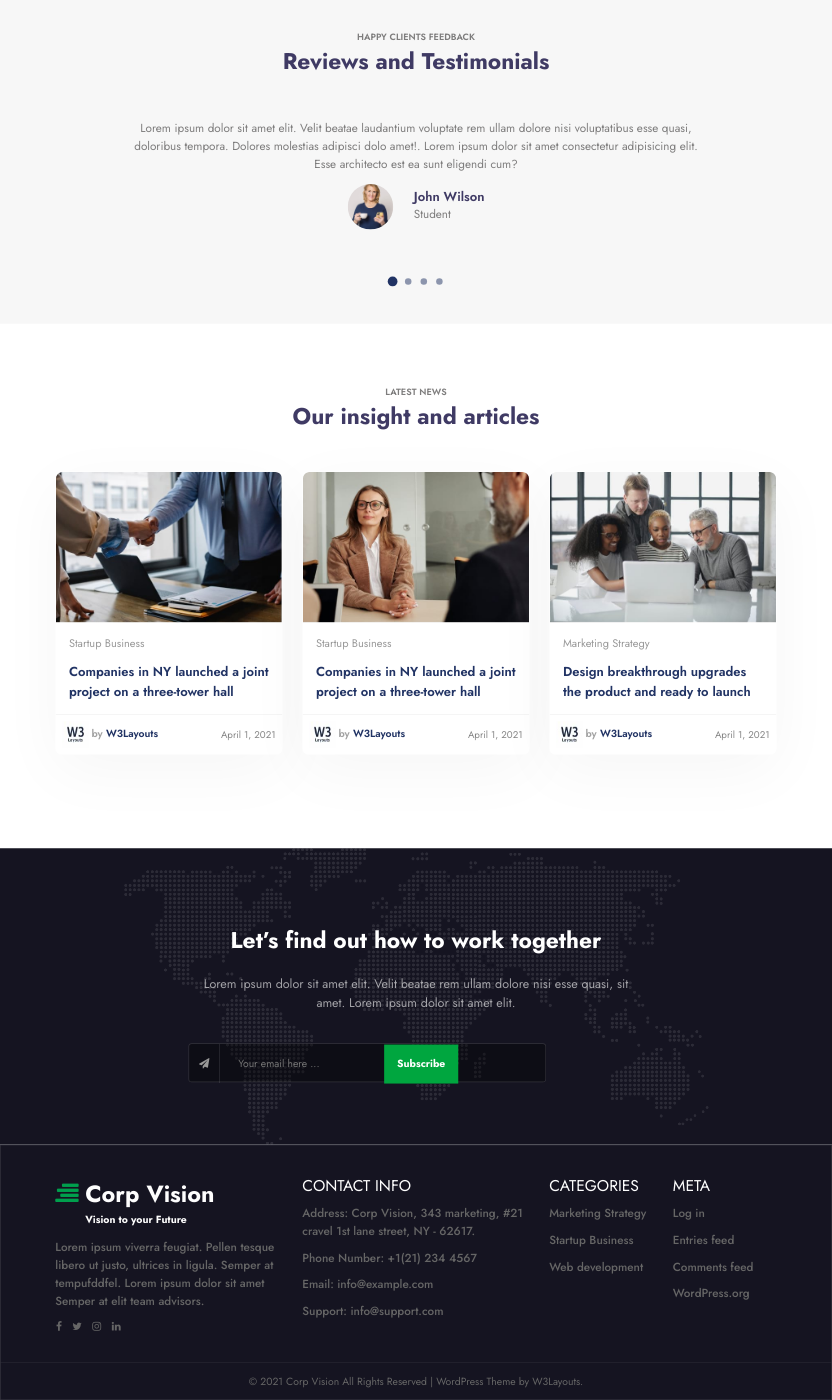
Repository: khaipnp/corpvision
Page: index.html
An editor plug-in stored every save of this project. The page is shown before and after the next save, followed by the edit.
The browser window is 1280 px wide. The pictures show the whole page, at 65% of full size.

Above is the page before, as saved 2021-07-04 17:12:25.

After the next save:
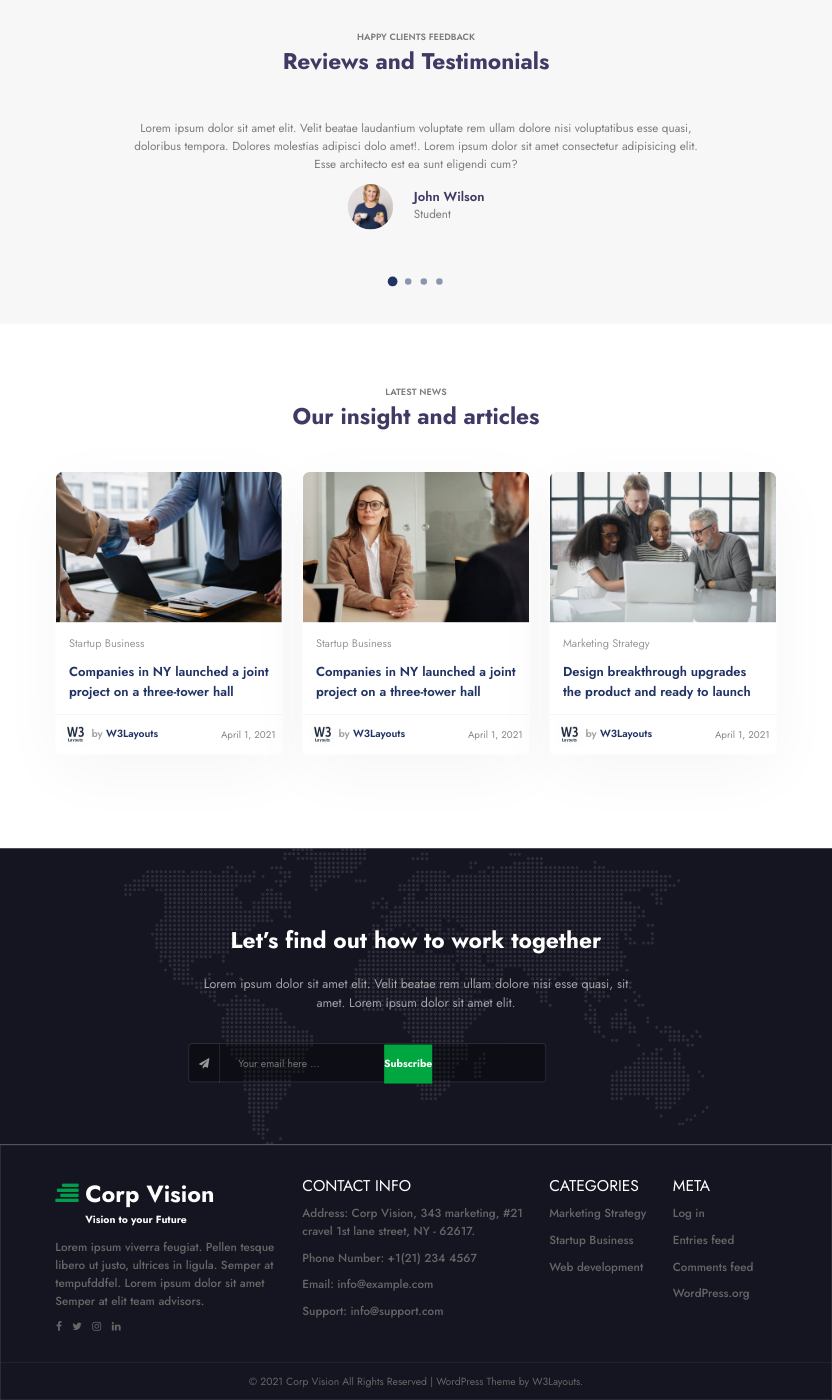
Saved 21 s later.
--- a/css/main.css
+++ b/css/main.css
@@ -215,7 +215,6 @@
   background-color: #00a63f;
   color: #fff;
   height: 60px;
-  padding: 0 20px;
   border: none;
   font-size: 1rem;
   font-weight: 700;

After the save that followed:
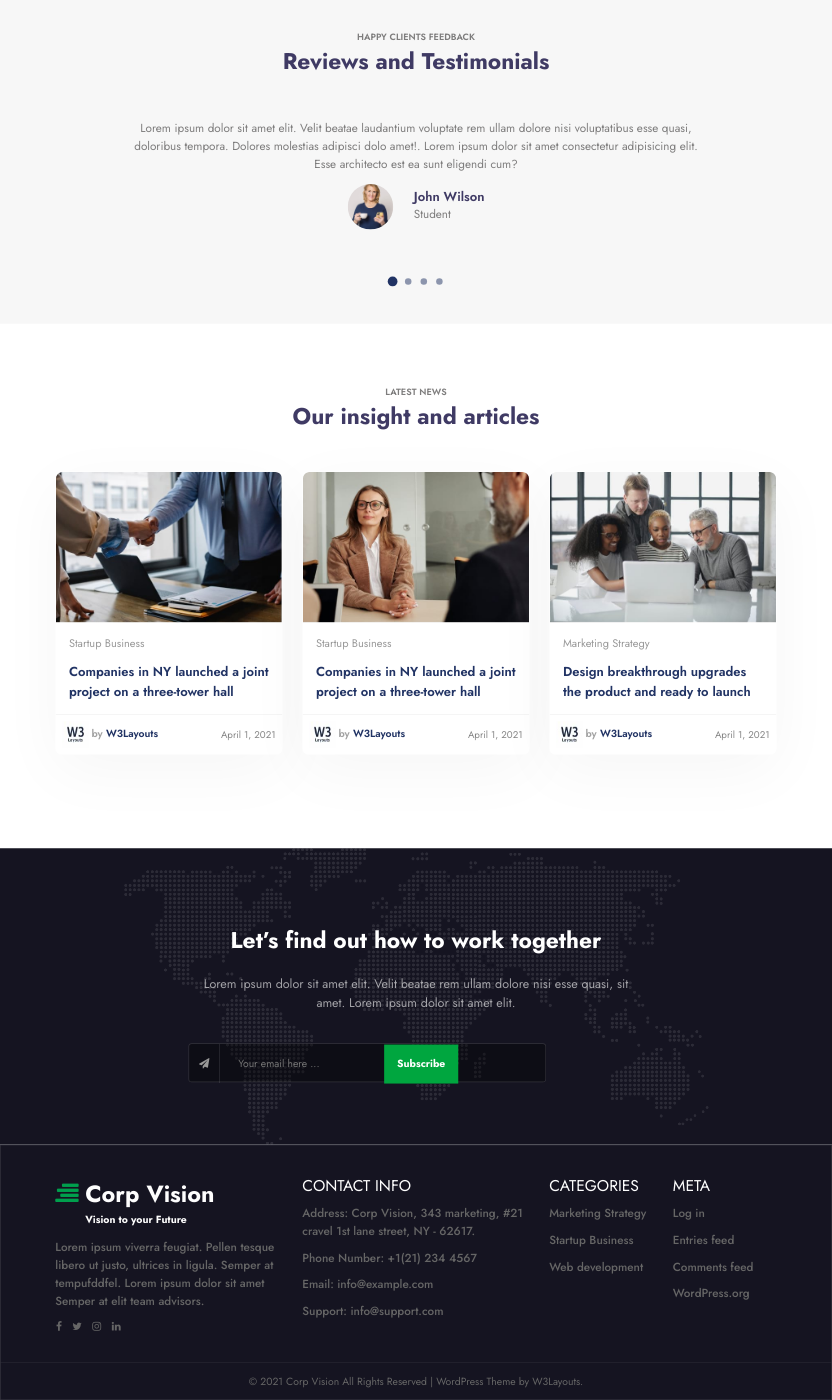
Saved 8 s later.
--- a/css/main.css
+++ b/css/main.css
@@ -215,11 +215,11 @@
   background-color: #00a63f;
   color: #fff;
   height: 60px;
+  padding: 0 20px;
   border: none;
   font-size: 1rem;
   font-weight: 700;
   line-height: 60px;
-  text-align: center;
 }
 
 .input__email i {
